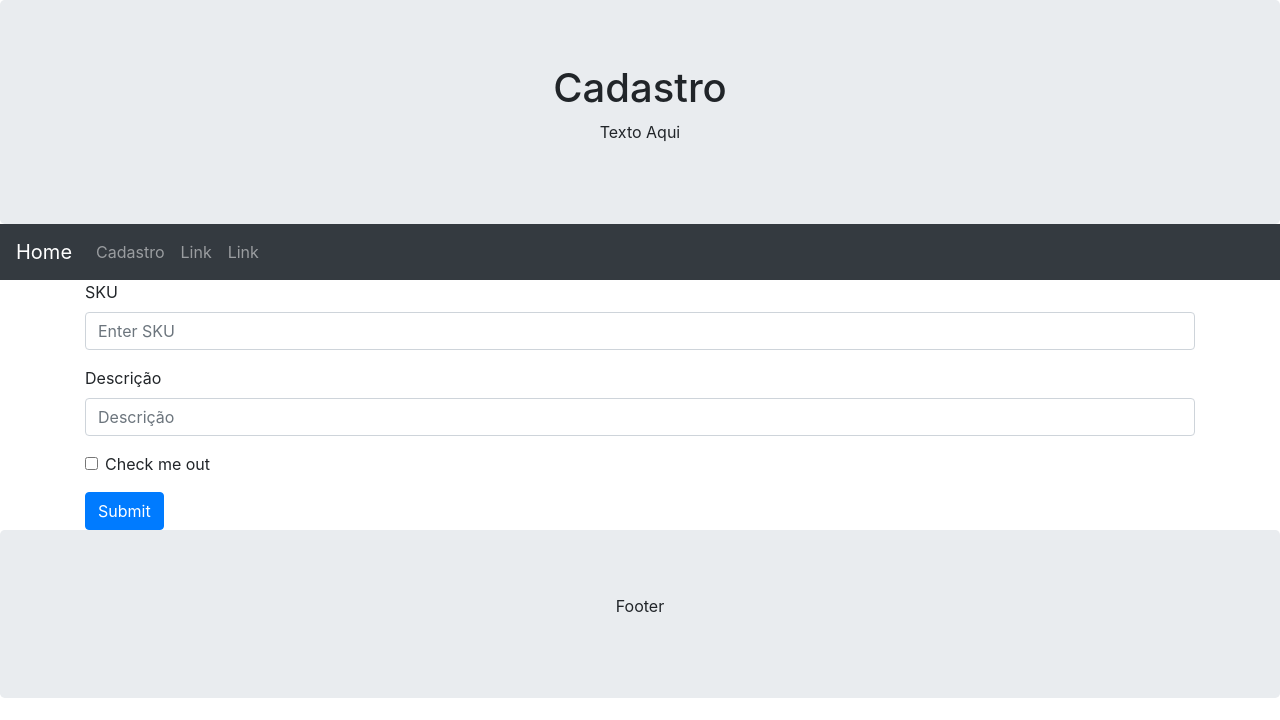
Repository: LucasLopesAguiar/JavaWeb-1
Page: sistemaweb/WebContent/cadastro.html
These files come from the project's save history. The page is drawn as it stood at one moment and after the next save; the edit follows.
The browser window is 1280 px wide. The pictures show the whole page.

Above is the page before, as saved 2019-05-10 01:07:13.

After the next save:
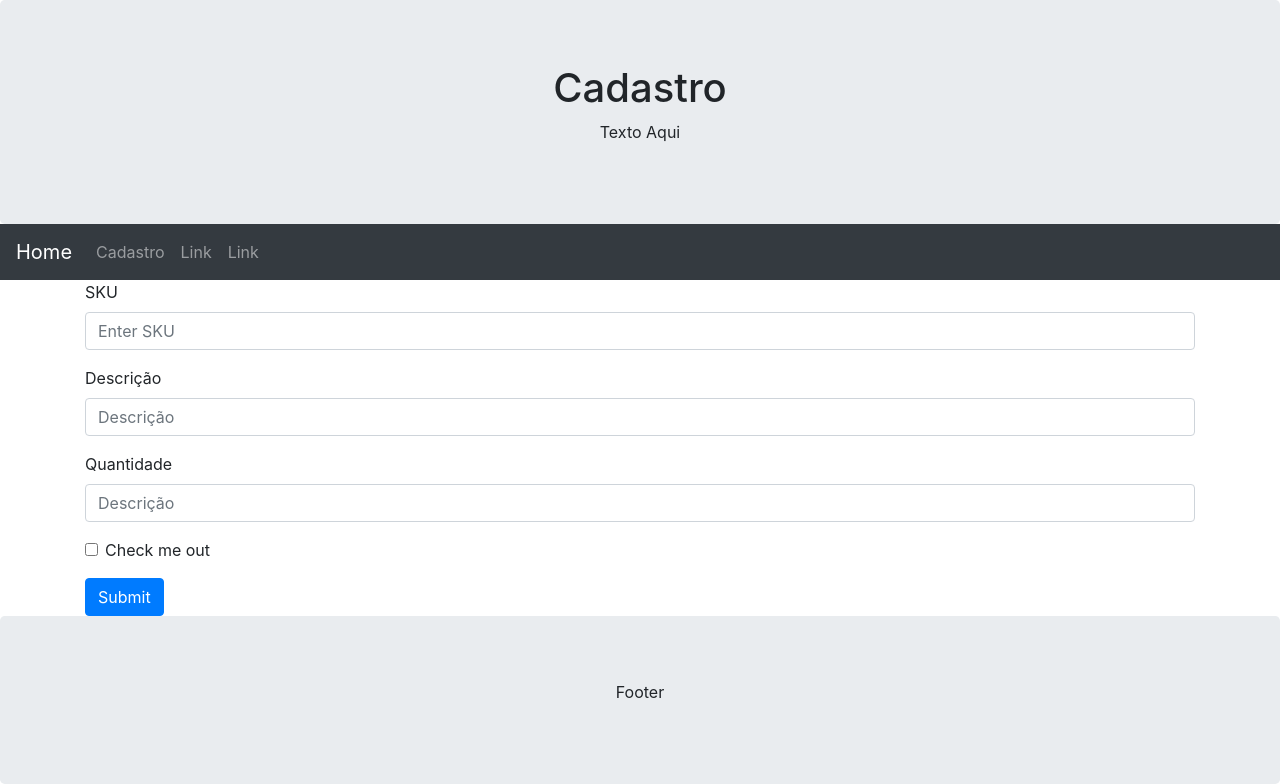
Saved 12 s later.
--- a/sistemaweb/WebContent/cadastro.html
+++ b/sistemaweb/WebContent/cadastro.html
@@ -54,6 +54,10 @@
     <input type="text" class="form-control" id="inputDesc" placeholder="Descrição">
   </div>
 
+  <div class="form-group">
+    <label for="inputDesc">Quantidade</label>
+    <input type="number" class="form-control" id="inputDesc" placeholder="Descrição">
+  </div>
 
   <div class="form-group form-check">
     <input type="checkbox" class="form-check-input" id="exampleCheck1">
